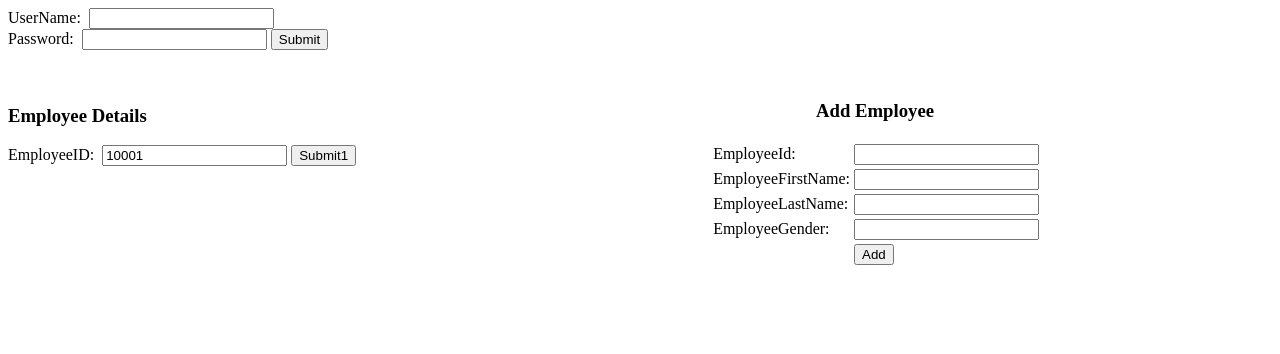
Repository: sandeep27y/MavenWebAppMultiModule-Servlets
Page: http://localhost/EmployeeApplication/LogIn.jsp
These files come from the project's save history. The page is drawn as it stood at one moment and after the next save; the edit follows.
The browser window is 1280 px wide. The pictures show the whole page.
The page is served by Tomcat 9. Other server files are loaded and not shown.

Above is the page before, as saved 2017-06-10 20:55:48.

### MavenWebAppMultiModule-Servlets/EmployeeMultiModule/EmployeeApplication/src/main/webapp/LogIn.jsp
<%@ page language="java" contentType="text/html; charset=ISO-8859-1"
    pageEncoding="ISO-8859-1"%>
<!DOCTYPE html PUBLIC "-//W3C//DTD HTML 4.01 Transitional//EN" "http://www.w3.org/TR/html4/loose.dtd">
<html>
<head>
<meta http-equiv="Content-Type" content="text/html; charset=ISO-8859-1">
<title>Insert title here</title>
</head>
<body>
<form action="/EmployeeApplication/employeelogin.do" method="post">
UserName: &nbsp;<input type="text" name="username"><br>
Password: &nbsp;<input type="password" name="password">
<input type="Submit" value="Submit"><br>
</form>
<br><br>
<div align="left">
<form action="/EmployeeApplication/EmployeeInfromation.do" method="post">
<h3>Employee Details</h3>
EmployeeID: &nbsp;<input type="text" name="employeeId" value="10001">
<input type="Submit" value="Submit1"><br>
</form>
</div>
<div align="right" style="margin-top: -85px; margin-right: 230px">
<form action="/EmployeeApplication/add" method="post">
<h3 style="margin-right: 108px">Add Employee</h3>
<table>
	<tr>
		<td>EmployeeId: </td>
		<td><input type="text" name="employeeId"></td>
	</tr>
	<tr>
		<td>EmployeeFirstName: </td>
		<td><input type="text" name="firstName"></td>
	</tr>
	<tr>
		<td>EmployeeLastName: </td>
		<td><input type="text" name="lastName"></td>
	</tr>
	<tr>
		<td>EmployeeGender: </td>
		<td><input type="text" name="gender"></td>
	</tr>
	<tr>
		<td><td><input type="submit" value="Add"></td>
	</tr>
</table>
</div>
</form>
</body>
</html>

After the next save:
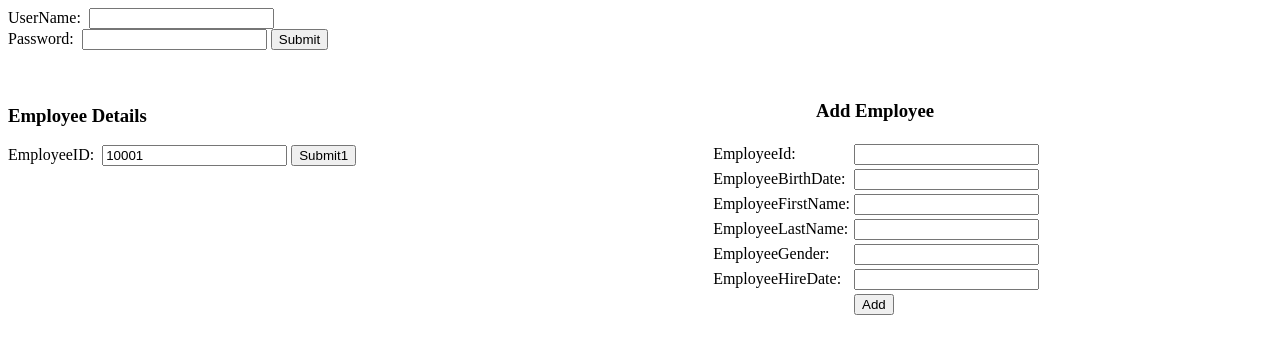
Saved 43 s later.
--- a/MavenWebAppMultiModule-Servlets/EmployeeMultiModule/EmployeeApplication/src/main/webapp/LogIn.jsp
+++ b/MavenWebAppMultiModule-Servlets/EmployeeMultiModule/EmployeeApplication/src/main/webapp/LogIn.jsp
@@ -29,6 +29,10 @@ EmployeeID: &nbsp;<input type="text" name="employeeId" value="10001">
 		<td><input type="text" name="employeeId"></td>
 	</tr>
 	<tr>
+		<td>EmployeeBirthDate: </td>
+		<td><input type="text" name="birthdate"></td>
+	</tr>
+	<tr>
 		<td>EmployeeFirstName: </td>
 		<td><input type="text" name="firstName"></td>
 	</tr>
@@ -41,6 +45,10 @@ EmployeeID: &nbsp;<input type="text" name="employeeId" value="10001">
 		<td><input type="text" name="gender"></td>
 	</tr>
 	<tr>
+		<td>EmployeeHireDate: </td>
+		<td><input type="text" name="hiredate"></td>
+	</tr>
+	<tr>
 		<td><td><input type="submit" value="Add"></td>
 	</tr>
 </table>
